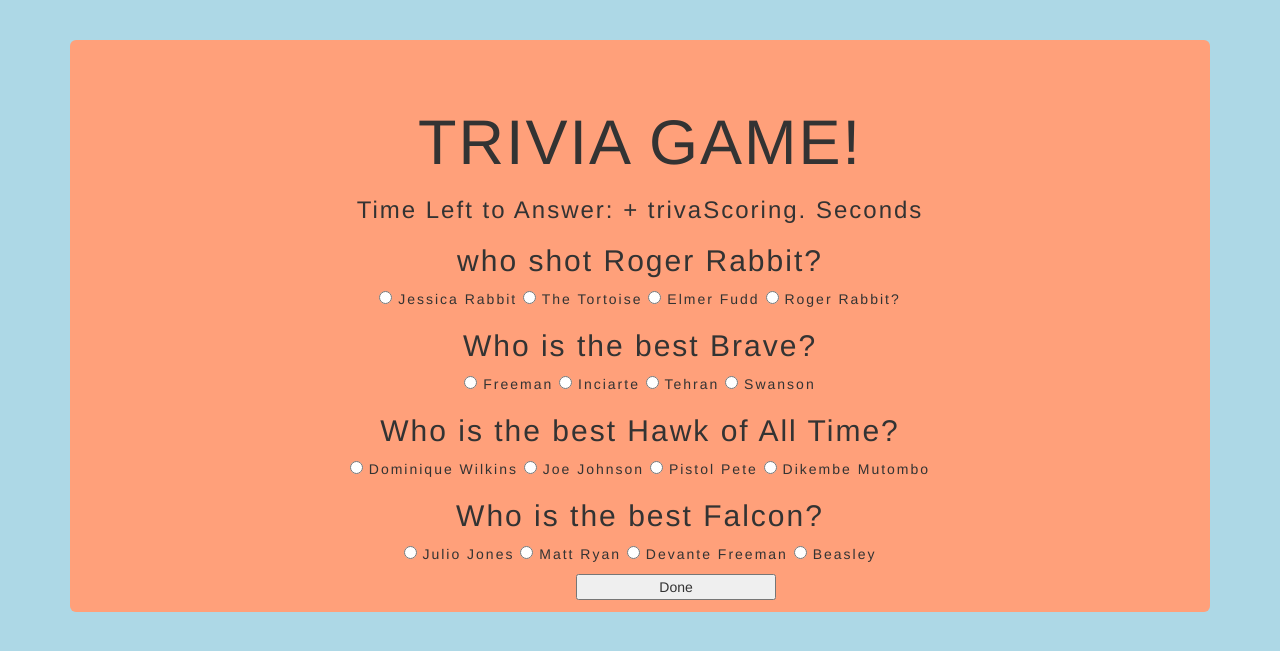
Repository: phiniezyc/TriviaGame
Page: index.html
These files come from the project's save history. The page is drawn as it stood at one moment and after a run of saves; the edit follows.
The browser window is 1280 px wide. The pictures show the whole page.
After loading, the first visible `#startGameButton` was clicked once.
Some web libraries are served in a nearby version.

Above is the page before, as saved 2017-09-14 01:53:27.
Console error: TypeError: "#timeLeft".html is not a function

After the next 2 saves:
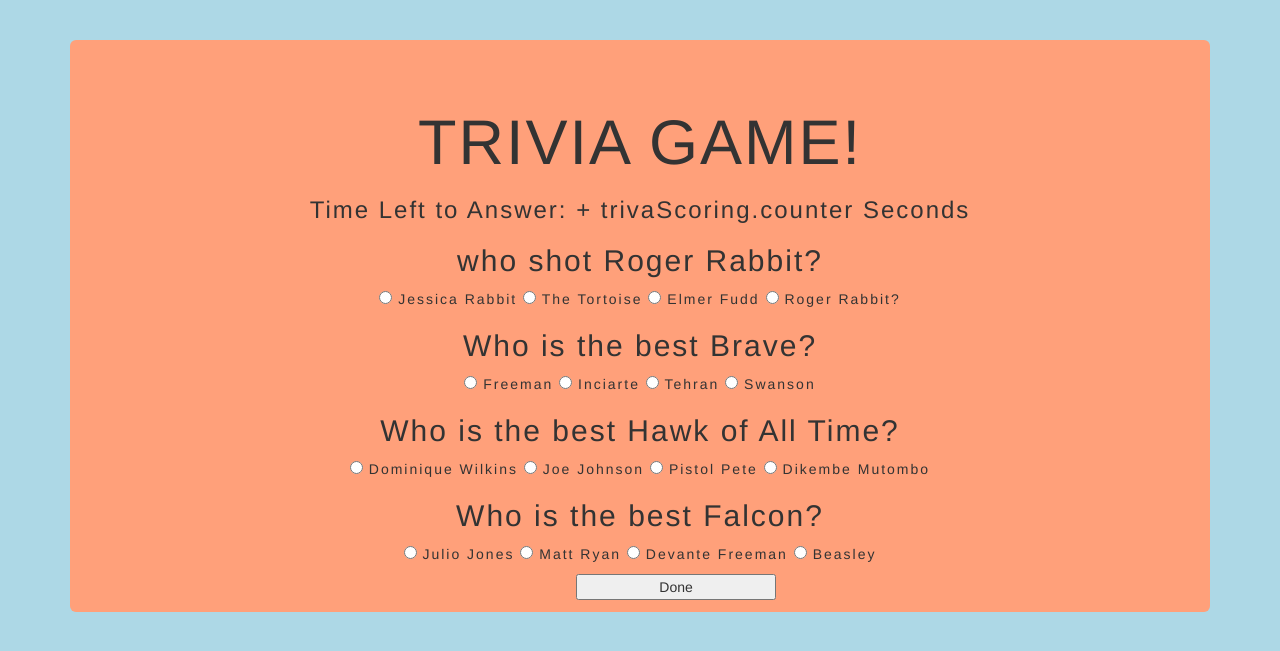
The 2 saves are shown as one change because they came seconds apart.
The last was saved 9 s later.
--- a/assets/javascript/app.js
+++ b/assets/javascript/app.js
@@ -44,7 +44,7 @@
     },
     startTimer: function() {
         timer = setInterval(trivaScoring.timeLeft, 1000);
-        $("#questionSection").prepend("<h3>Time Left to Answer: <span id = 'timeLeft'> + trivaScoring. </span> Seconds </h3>");
+        $("#questionSection").prepend("<h3>Time Left to Answer: <span id = 'timeLeft'> + trivaScoring.counter </span> Seconds </h3>");
         $("#startGameButton").remove();
         for (var i = 0; i < questions.length; i++) {
             $("#questionSection").append("<h2>" + questions[i].question + "</h2>");
